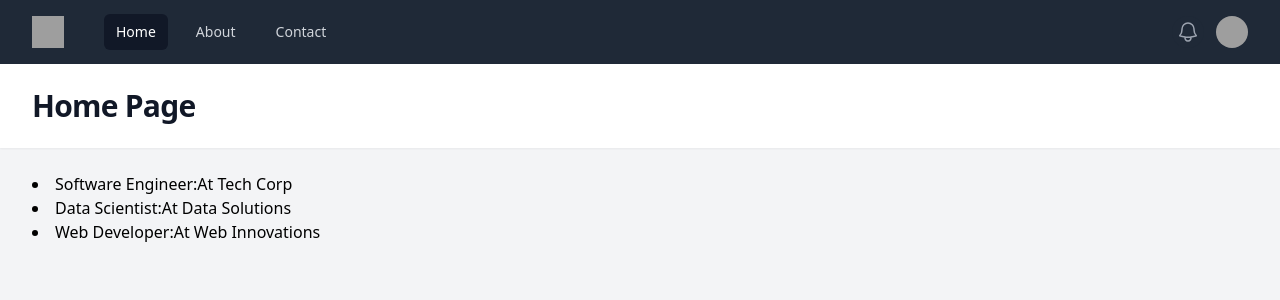
Repository: mennaabdelelhady/30-Days-to-Learn-Laravel
Page: http://localhost/home
These files come from the project's save history. The page is drawn as it stood at one moment and after the next save; the edit follows.
The browser window is 1280 px wide. The pictures show the whole page.
Pictures or frames that could not be fetched are drawn as grey boxes. Some web libraries are served in a nearby version. The page is served by the project's Laravel application, run on PHP 8.4 with Laravel 12. Other server files are loaded and not shown.

Above is the page before, as saved 2025-07-09 12:16:17.

### routes/web.php
<?php

use Illuminate\Support\Facades\Route;

Route::get('/home', function () {
    return view('home',[
        'jobs'=>[
            ['title' => 'Software Engineer', 'company' => 'Tech Corp', 'location' => 'New York'],
            ['title' => 'Data Scientist', 'company' => 'Data Solutions', 'location' => 'San Francisco'],
            ['title' => 'Web Developer', 'company' => 'Web Innovations', 'location' => 'Los Angeles'],
        ]
    ]);
});

Route::get('/about', function () {
    return view('about');
});

Route::get('/contact', function () {
    return view('contact');
});

### resources/views/home.blade.php
<x-layout>
    <x-slot:heading>
        Home Page
    </x-slot:heading>

    @foreach ($jobs as $job)
    <li>{{$job['title']}}:At {{ $job['company']}}</li>
    @endforeach
</x-layout>

### resources/views/components/layout.blade.php
<!DOCTYPE html>
<html lang="en" class="h-full bg-gray-100">

<head>
    <meta charset="UTF-8">
    <meta name="viewport" content="width=device-width, initial-scale=1.0">
    <title>My Website</title>
    <script src="https://cdn.tailwindcss.com"></script>
</head>

<body class="h-full">
    <div class="min-h-full">
        <nav class="bg-gray-800">
            <div class="mx-auto max-w-7xl px-4 sm:px-6 lg:px-8">
                <div class="flex h-16 items-center justify-between">
                    <div class="flex items-center">
                        <div class="shrink-0">
                            <img class="size-8"
                                src="https://laracasts.com/images/logo/logo-triangle.svg"
                                alt="Your Company" />
                        </div>
                        <div class="hidden md:block">
                            <div class="ml-10 flex items-baseline space-x-4">
                                <!-- Current: "bg-gray-900 text-white", Default: "text-gray-300 hover:bg-gray-700 hover:text-white" -->
                                <x-nav-link href="/home" :active="request()->is('home')">Home</x-nav-link>
                                <x-nav-link href="/about" :active="request()->is('about')">About</x-nav-link>
                                <x-nav-link href="/contact" :active="request()->is('contact')" type="button">Contact</x-nav-link>
                            </div>
                        </div>
                    </div>
                    <div class="hidden md:block">
                        <div class="ml-4 flex items-center md:ml-6">
                            <button type="button"
                                class="relative rounded-full bg-gray-800 p-1 text-gray-400 hover:text-white focus:ring-2 focus:ring-white focus:ring-offset-2 focus:ring-offset-gray-800 focus:outline-hidden">
                                <span class="absolute -inset-1.5"></span>
                                <span class="sr-only">View notifications</span>
                                <svg class="size-6" fill="none" viewBox="0 0 24 24" stroke-width="1.5"
                                    stroke="currentColor" aria-hidden="true" data-slot="icon">
                                    <path stroke-linecap="round" stroke-linejoin="round"
                                        d="M14.857 17.082a23.848 23.848 0 0 0 5.454-1.31A8.967 8.967 0 0 1 18 9.75V9A6 6 0 0 0 6 9v.75a8.967 8.967 0 0 1-2.312 6.022c1.733.64 3.56 1.085 5.455 1.31m5.714 0a24.255 24.255 0 0 1-5.714 0m5.714 0a3 3 0 1 1-5.714 0" />
                                </svg>
                            </button>

                            <!-- Profile dropdown -->
                            <div class="relative ml-3">
                                <div>
                                    <button type="button"
                                        class="relative flex max-w-xs items-center rounded-full bg-gray-800 text-sm focus:outline-hidden focus-visible:ring-2 focus-visible:ring-white focus-visible:ring-offset-2 focus-visible:ring-offset-gray-800"
                                        id="user-menu-button" aria-expanded="false" aria-haspopup="true">
                                        <span class="absolute -inset-1.5"></span>
                                        <span class="sr-only">Open user menu</span>
                                        <img class="size-8 rounded-full"
                                            src="https://laracasts.com/images/lary-ai-face.svg"
                                            alt="" />
                                    </button>
                                </div>


                            </div>
                        </div>
                    </div>
                    <div class="-mr-2 flex md:hidden">
                        <!-- Mobile menu button -->
                        <button type="button"
                            class="relative inline-flex items-center justify-center rounded-md bg-gray-800 p-2 text-gray-400 hover:bg-gray-700 hover:text-white focus:ring-2 focus:ring-white focus:ring-offset-2 focus:ring-offset-gray-800 focus:outline-hidden"
                            aria-controls="mobile-menu" aria-expanded="false">
                            <span class="absolute -inset-0.5"></span>
                            <span class="sr-only">Open main menu</span>
                            <!-- Menu open: "hidden", Menu closed: "block" -->
                            <svg class="block size-6" fill="none" viewBox="0 0 24 24" stroke-width="1.5"
                                stroke="currentColor" aria-hidden="true" data-slot="icon">
                                <path stroke-linecap="round" stroke-linejoin="round"
                                    d="M3.75 6.75h16.5M3.75 12h16.5m-16.5 5.25h16.5" />
                            </svg>
                            <!-- Menu open: "block", Menu closed: "hidden" -->
                            <svg class="hidden size-6" fill="none" viewBox="0 0 24 24" stroke-width="1.5"
                                stroke="currentColor" aria-hidden="true" data-slot="icon">
                                <path stroke-linecap="round" stroke-linejoin="round" d="M6 18 18 6M6 6l12 12" />
                            </svg>
                        </button>
                    </div>
                </div>
            </div>

            <!-- Mobile menu, show/hide based on menu state. -->
            <div class="md:hidden" id="mobile-menu">
                <div class="space-y-1 px-2 pt-2 pb-3 sm:px-3">
                    <!-- Current: "bg-gray-900 text-white", Default: "text-gray-300 hover:bg-gray-700 hover:text-white" -->
                    <a href="/home" class="block rounded-md bg-gray-900 px-3 py-2 text-base font-medium text-white"
                        aria-current="page">Home</a>
                    <a href="/about"
                        class="block rounded-md px-3 py-2 text-base font-medium text-gray-300 hover:bg-gray-700 hover:text-white">About</a>
                    <a href="/contact"
                        class="block rounded-md px-3 py-2 text-base font-medium text-gray-300 hover:bg-gray-700 hover:text-white">Contact</a>
                    <a href="#"
                </div>
                <div class="border-t border-gray-700 pt-4 pb-3">
                    <div class="flex items-center px-5">
                        <div class="shrink-0">
                            <img class="size-10 rounded-full"
                                src="https://laracasts.com/images/lary-ai-face.svg"
                                alt="" />
                        </div>
                        <div class="ml-3">
                            <div class="text-base/5 font-medium text-white">lary robot</div>
                            <div class="text-sm font-medium text-gray-400">menna@gmail.com</div>
                        </div>
                        <button type="button"
                            class="relative ml-auto shrink-0 rounded-full bg-gray-800 p-1 text-gray-400 hover:text-white focus:ring-2 focus:ring-white focus:ring-offset-2 focus:ring-offset-gray-800 focus:outline-hidden">
                            <span class="absolute -inset-1.5"></span>
                            <span class="sr-only">View notifications</span>
                            <svg class="size-6" fill="none" viewBox="0 0 24 24" stroke-width="1.5"
                                stroke="currentColor" aria-hidden="true" data-slot="icon">
                                <path stroke-linecap="round" stroke-linejoin="round"
                                    d="M14.857 17.082a23.848 23.848 0 0 0 5.454-1.31A8.967 8.967 0 0 1 18 9.75V9A6 6 0 0 0 6 9v.75a8.967 8.967 0 0 1-2.312 6.022c1.733.64 3.56 1.085 5.455 1.31m5.714 0a24.255 24.255 0 0 1-5.714 0m5.714 0a3 3 0 1 1-5.714 0" />
                            </svg>
                        </button>
                    </div>
                    <div class="mt-3 space-y-1 px-2">
                        <a href="#"
                            class="block rounded-md px-3 py-2 text-base font-medium text-gray-400 hover:bg-gray-700 hover:text-white">Your
                            Profile</a>
                        <a href="#"
                            class="block rounded-md px-3 py-2 text-base font-medium text-gray-400 hover:bg-gray-700 hover:text-white">Settings</a>
                        <a href="#"
                            class="block rounded-md px-3 py-2 text-base font-medium text-gray-400 hover:bg-gray-700 hover:text-white">Sign
                            out</a>
                    </div>
                </div>
            </div>
        </nav>

        <header class="bg-white shadow-sm">
            <div class="mx-auto max-w-7xl px-4 py-6 sm:px-6 lg:px-8">
                <h1 class="text-3xl font-bold tracking-tight text-gray-900">{{$heading}}</h1>
            </div>
        </header>
        <main>
            <div class="mx-auto max-w-7xl px-4 py-6 sm:px-6 lg:px-8">
                {{$slot}}
            </div>
        </main>
    </div>

</body>

</html>

### resources/views/components/nav-link.blade.php
@props(['active'=>false])
<a class="{{ $active ? 'bg-gray-900 text-white' : 'text-gray-300 hover:bg-gray-700 hover:text-white' }} px-3 py-2 rounded-md text-sm font-medium"
    aria-current="{{$active? 'page':'false'}}"
    {{ $attributes }}
    >{{ $slot }}</a>

After the next save:
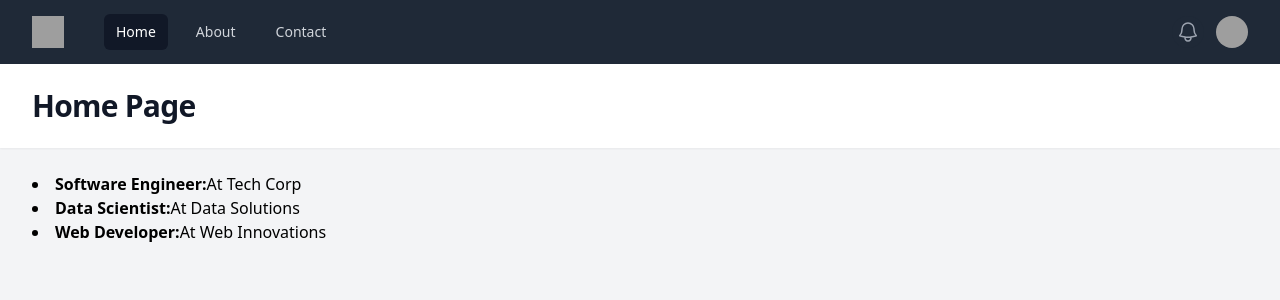
Saved 52 s later.
--- a/resources/views/home.blade.php
+++ b/resources/views/home.blade.php
@@ -4,6 +4,6 @@
     </x-slot:heading>
 
     @foreach ($jobs as $job)
-    <li>{{$job['title']}}:At {{ $job['company']}}</li>
+    <li><strong>{{$job['title']}}:</strong>At {{ $job['company']}}</li>
     @endforeach
 </x-layout>
